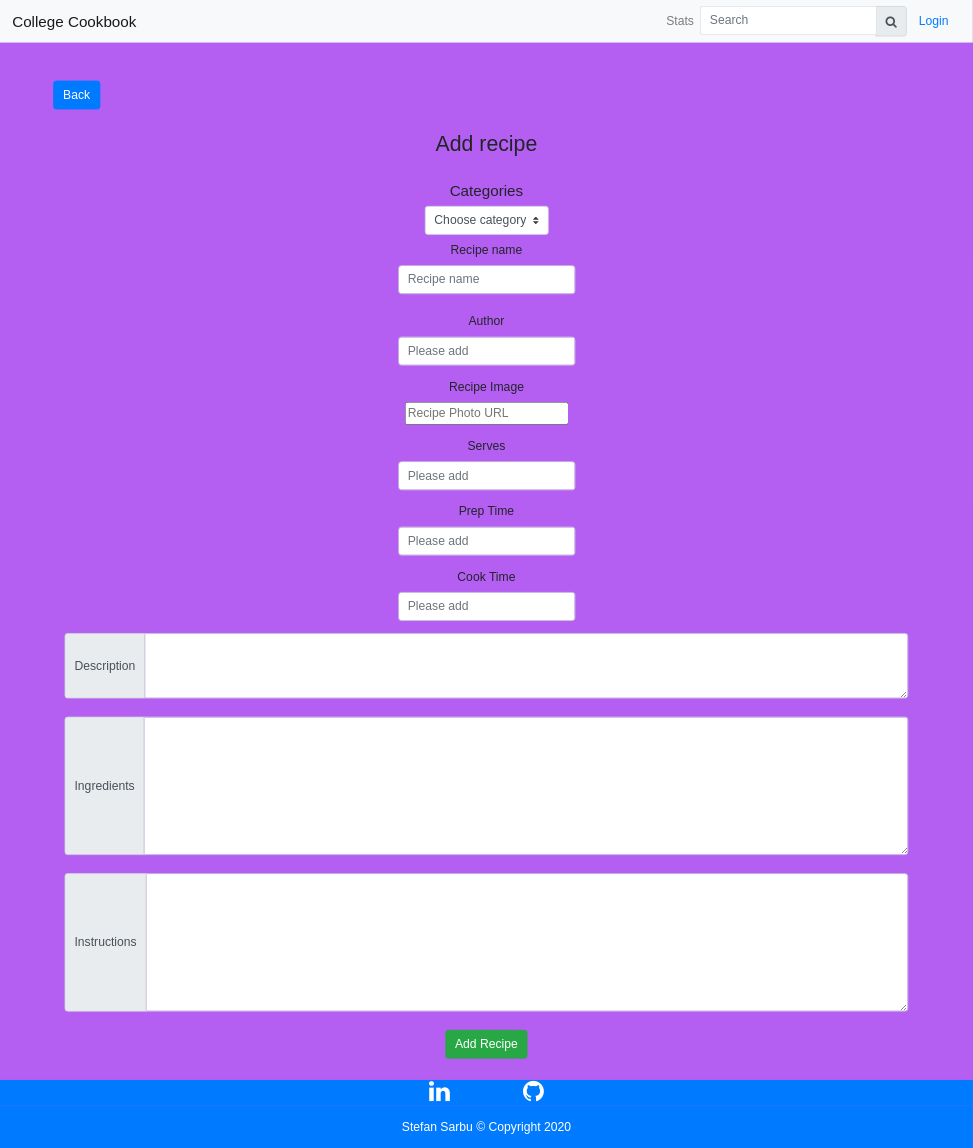
Repository: iiostefanos/college-cookbook
Page: templates/add_recipe.html
The author's editor kept a record of every edit. The page is drawn from the files as they stood at one moment, then again after the next edit.
The browser window is 1280 px wide. The pictures show the whole page, at 76% of full size.
The page is served by the project's application, run on Flask 3 (app.py). The template is opened directly, without the code that normally fills it, so the values that code supplies are empty.

Above is the page before.

### templates/add_recipe.html
{% extends 'base.html' %} {% block content %}

<div class="container h-100">
 <div class="row d-flex h-100">
    <div class="align-self-start mr-auto">
 <a class="btn btn-primary" href="{{url_for('get_recipes')}}">Back</a>
    </div>
  </div>
</div>

<main class="container">
    <h3 class="text-center">Add recipe</h3>

    <div class="row">
        <form action="{{ url_for('insert_recipe') }}" method="POST" class="col-md-12">

            <!--Category selection-->
            <div class="row justify-content-md-center">
                <div class="form-row text-center mt-4">
                    <div class="col-md-12">

                        <h5 class="text-center">Categories</h5>
                        <select id="category" name="category_name" class="custom-select">
                            <option value="" disable selected>Choose category</option>
                            {% for cat in categories %}
                            <option value="{{cat.category_name}}">{{cat.category_name}}</option>
                            {% endfor %}
                        </select>
                    </div>
                </div>
            </div>


            <!--Recipe name field-->
            <div class="container-fluid text-center">
                <div class="row justify-content-md-center mt-2">
                    <div class="form-group">
                        <label for="formGroupExampleInput">Recipe name</label>
                        <input type="text" class="form-control" id="recipe_name" name="recipe_name" placeholder="Recipe name">
                    </div>
                </div>
            </div>

             <!--Author field-->
            <div class="container-fluid text-center mx-auto">
                <div class="row justify-content-md-center mt-2">
                    <div class="form-group">
                        <label for="formGroupExampleInput2">Author</label>
                        <input type="text" class="form-control" id="Author" name="Author" placeholder="Please add">
                    </div>
                </div>
            </div>

            <!--Image field-->
            <div class="container-fluid text-center mx-auto">
                <div class="row justify-content-md-center">
                    <div class="form-group">
                        <label for="formGroupExampleInput">Recipe Image</label>
                        <div class="imgurl">
                            <input id="img_src" name="recipe_image" type="text" minlength="15" placeholder="Recipe Photo URL" pattern="https?://.+" autocomplete="off">
                        </div>
                    </div>
                </div>
            </div>

            <!-- Serves, Prep time and cook time fields-->
            <div class="container-fluid text-center mx-auto">
                <div class="row justify-content-md-center">
                    <div class="form-group">
                        <label for="formGroupExampleInput2">Serves</label>
                        <input type="text" class="form-control" id="Serves" name="Serves" placeholder="Please add">
                    </div>
                </div>
            </div>

            <div class="container-fluid text-center mx-auto">
                <div class="row justify-content-md-center">
                    <div class="form-group">
                        <label for="formGroupExampleInput2">Prep Time</label>
                        <input type="text" class="form-control" id="Prep_Time" name="Prep_Time" placeholder="Please add">
                    </div>
                </div>
            </div>

            <div class="container-fluid text-center mx-auto">
                <div class="row justify-content-md-center">
                    <div class="form-group">
                        <label for="formGroupExampleInput2">Cook Time</label>
                        <input type="text" class="form-control" id="Cook_Time" name="Cook_Time" placeholder="Please add">
                    </div>
                </div>
            </div>



            <!--Recipe description container-->
            <div class="container-fluid text-center mx-auto">
                <div class="row">
                    <div class="input-group">
                        <div class="input-group-prepend">
                            <span class="input-group-text">Description</span>
                        </div>
                        <textarea class="form-control" aria-label="Recipe description" name="recipe_description" rows="3" cols="30"></textarea>
                    </div>
                </div>
            </div>


            <!--Ingredients container-->
            <div class="container-fluid text-center mx-auto">
                <div class="row mt-4">
                    <div class="input-group">
                        <div class="input-group-prepend">
                            <span class="input-group-text">Ingredients</span>
                        </div>
                        <textarea class="form-control" aria-label="Ingredients" name="Ingredients" rows="7" cols="30"></textarea>
                    </div>
                </div>
            </div>



            <!--Instructions container-->
            <div class="container-fluid text-center mx-auto">
                <div class="row mt-4">
                    <div class="input-group">
                        <div class="input-group-prepend">
                            <span class="input-group-text">Instructions</span>
                        </div>
                        <textarea class="form-control" aria-label="Instructions" name="Instructions" rows="7" cols="30"></textarea>
                    </div>
                </div>
            </div>

            <br>
            <!--Submit button-->
            <div class="container-fluid text-center mx-auto">
                <div class="row justify-content-md-center mb-3">
                    <div class="col-md-6">
                        <button type="submit" class="btn btn-success">Add Recipe</button>
                    </div>
                </div>
            </div>
        </form>
        <br>


  </main>







        {% endblock %}

### templates/base.html
<!DOCTYPE html>
<html>
    <head>

        <!-- Bootstrap CSS -->
        <link rel="stylesheet" href="https://stackpath.bootstrapcdn.com/bootstrap/4.4.1/css/bootstrap.min.css" integrity="sha384-Vkoo8x4CGsO3+Hhxv8T/Q5PaXtkKtu6ug5TOeNV6gBiFeWPGFN9MuhOf23Q9Ifjh" crossorigin="anonymous">

        <!-- Custom CSS -->
        <link rel="stylesheet" href="{{url_for('static', filename='css/style.css')}}" type="text/css"/>
        <!-- Font awesome -->
        <link href="https://stackpath.bootstrapcdn.com/font-awesome/4.7.0/css/font-awesome.min.css" rel="stylesheet" integrity="sha384-wvfXpqpZZVQGK6TAh5PVlGOfQNHSoD2xbE+QkPxCAFlNEevoEH3Sl0sibVcOQVnN" crossorigin="anonymous">
        <link rel="shortcut icon" type="image/png" href="{{url_for('static', filename='img/favicon.png')}}" />
    </head>
    <body>

        <header>
            <nav class="navbar navbar-expand-lg navbar-light bg-light">
  <a class="navbar-brand" href="{{url_for('get_recipes')}}">College Cookbook</a>
  <button class="navbar-toggler" type="button" data-toggle="collapse" data-target="#navbarNavAltMarkup" aria-controls="navbarNavAltMarkup" aria-expanded="false" aria-label="Toggle navigation">
    <span class="navbar-toggler-icon"></span>
  </button>
  <div class="collapse navbar-collapse" id="navbarNavAltMarkup">
    <div class="navbar-nav ml-auto">

      <a class="nav-item nav-link" href="{{url_for('stats')}}">Stats</a>
      <div class="input-group">
      <input class="form-control py-2 border-right-0 border" type="search" placeholder="Search">
      <div class="input-group-append">
          <div class="input-group-text" id="btnGroupAddon2"><i class="fa fa-search"></i></div>
      </div>
  </div>
  </div>

      {% if user is defined %}
      {% block navbar %}

{% endblock %}

        <ul class="navbar-nav navbar-center">
               <a class="nav-link" href="{{ url_for('add_recipe') }}">Add a Recipe</a>
               <a class="nav-link" href="{{ url_for('logout') }}">Log Out</a>



        {% else %}

      <a class="nav-item nav-link" data-toggle="modal" data-target="#login" href="{{url_for('get_recipes')}}">Login</a>
      {% endif %}
      </ul>
    </div>
  </div>
</nav>

<br>
</header>



        {% block content %}
        {% endblock %}





<!-- Login Modal -->
<div class="modal fade" id="login" tabindex="-1" role="dialog" aria-labelledby="ModalLabel" aria-hidden="true">
  <div class="modal-dialog" role="document">
    <div class="modal-content">
      <div class="modal-header">
        <h5 class="modal-title" id="ModalLabel">Login to your account</h5>
        <button type="button" class="close" data-dismiss="modal" aria-label="Close">
          <span aria-hidden="true">&times;</span>
        </button>
      </div>
      <div class="modal-body">
        <form role="form" method=POST action="{{ url_for('login') }}">
                      <div class="form-group">
                        <label for="user"><i class="fa fa-user" aria-hidden="true"></i>
Username</label>
                          <input type="user" class="form-control" placeholder="Username" name="username" required value="{{
          request.form.username }}">
                      </div>
                      <div class="form-group">
                        <label for="password"><i class="fa fa-pencil-square-o" aria-hidden="true"></i>
Password</label>
                          <input type="password" class="form-control" placeholder="Password" name="password" required>
                      </div>

                  <br>
            <div>
                Don't have an account? <a data-toggle="modal" data-target="#register" data-dismiss="modal" href=''>Sign up here</a>
            </div>
      </div>
      <div class="modal-footer">
        <button type="button" class="btn btn-secondary" data-dismiss="modal">Close</button>
        <button type="submit" class="btn btn-primary"><i class="fa fa-sign-in" aria-hidden="true"></i>
Login </button>
      </form>
      </div>
    </div>
  </div>
</div>

          <!-- Signup Modal -->
<div class="modal fade" id="register" tabindex="-1" role="dialog" aria-labelledby="ModalLabel" aria-hidden="true">
  <div class="modal-dialog" role="document">
    <div class="modal-content">
      <div class="modal-header">
        <h5 class="modal-title" id="ModalLabel">Signup</h5>
        <button type="button" class="close" data-dismiss="modal" aria-label="Close">
          <span aria-hidden="true">&times;</span>
        </button>
      </div>
      <div class="modal-body">
         <form role="form" method=POST action="{{ url_for('register') }}">
                      <div class="form-group">
                        <label for="user"><i class="fa fa-user" aria-hidden="true"></i>
Username</label>
                          <input type="user" class="form-control" placeholder="Username" name="username" required>
                      </div>
                      <div class="form-group">
                        <label for="password"><i class="fa fa-pencil-square-o" aria-hidden="true"></i>
 Password</label>
                          <input type="password" class="form-control" placeholder="Password" name="password" required>
                      </div>
                      <div class="form-group">
                        <label for="password"><i class="fa fa-pencil-square-o" aria-hidden="true"></i>
Re-type Password</label>
                          <input type="password" class="form-control" placeholder="Re-type Password" name="password1" required>
                      </div>

      </div>
      <div class="modal-footer">
        <button type="button" class="btn btn-secondary" data-dismiss="modal">Close</button>
        <button type="submit" class="btn btn-primary"><i class="fa fa-user-plus" aria-hidden="true"></i>

Signup </button>
       </form>
      </div>
    </div>
  </div>
</div>


<!-- Footer -->
<footer >
<div class="container-fluid">
        <div class="row bg-primary mt-2">
          <div class="col-md-12">
            <div class="d-flex justify-content-center align-items-center">

              <!--Linkedin -->
          <a target="_blank" href="https://www.linkedin.com/">
            <span class="p-5 text-white"><i class="fa fa-linkedin fa-2x" aria-hidden="true"></i></a>
          </span>


          <!--Github-->
          <a target="_blank" href="https://www.github.com/">
            <span class="p-5 text-white"><i class="fa fa-github fa-2x"> </i>
          </a>
          </span>
            </div>
          </div>
        </div>
      </div>


    <div class="container-fluid">
        <div class="row bg-primary">
          <div class="col-md-12">
            <div class="d-flex justify-content-center align-items-center">

              <span class="p-3 text-white"
                >Stefan Sarbu &copy; Copyright 2020</span
              >
            </div>
          </div>
        </div>
      </div>
</footer>
<!-- Footer -->



        <script src="https://code.jquery.com/jquery-3.4.1.slim.min.js" integrity="sha384-J6qa4849blE2+poT4WnyKhv5vZF5SrPo0iEjwBvKU7imGFAV0wwj1yYfoRSJoZ+n" crossorigin="anonymous"></script>
        <script src="https://cdn.jsdelivr.net/npm/popper.js@1.16.0/dist/umd/popper.min.js" integrity="sha384-Q6E9RHvbIyZFJoft+2mJbHaEWldlvI9IOYy5n3zV9zzTtmI3UksdQRVvoxMfooAo" crossorigin="anonymous"></script>
        <script src="https://stackpath.bootstrapcdn.com/bootstrap/4.4.1/js/bootstrap.min.js" integrity="sha384-wfSDF2E50Y2D1uUdj0O3uMBJnjuUD4Ih7YwaYd1iqfktj0Uod8GCExl3Og8ifwB6" crossorigin="anonymous"></script>
        <script src="../static/js/script.js"type="text/javascript"></script>







    </body>
</html>

### app.py
import os
from flask import Flask, render_template, redirect, request, url_for, session, flash
from flask_pymongo import PyMongo
from werkzeug.security import generate_password_hash, check_password_hash
from bson.objectid import ObjectId
from os import path

if path.exists("env.py"):
    import env

app = Flask(__name__)

app.config["MONGO_DBNAME"] = 'college_cookbook'
app.config["MONGO_URI"] = os.environ["MONGO_URI"]
app.config['SECRET_KEY'] = os.urandom(24)
mongo = PyMongo(app)

# Collections

users_collection = mongo.db.users
recipes_collection = mongo.db.recipes

# Login
@app.route('/login', methods=['GET', 'POST'])
def login():
	form = request.form.to_dict()
	user_in_db = users_collection.find_one({'username': form['username']})
	# Check for user in database
	if user_in_db:
		# If passwords match (hashed / real password)
		if check_password_hash(user_in_db['password'], form['password']):
			# Log user in (add to session)
			session['user'] = form['username']
			# If the user is admin redirect him to admin area
			if session['user'] == "user":
				return redirect(url_for('get_recipes'))
			else:
				flash("Logged in successful!")
				return redirect(url_for('get_recipes', user=user_in_db['username']))

		else:
			flash("Wrong password or username!")
			flash("Try login again")
			return redirect(url_for('get_recipes'))
	else:
		flash("You need to signup !")
		return redirect(url_for('get_recipes'))



# Sign up
@app.route('/register', methods=['GET', 'POST'])
def register():
	# Check if user is not logged in already
	if 'user' in session:
		flash('Already sign in!')
		return redirect(url_for('get_recipes'))
	if request.method == 'POST':
		form = request.form.to_dict()
		# Check if the password and password1 actually match
		if form['password'] == form['password1']:
			# If so try to find the user in db
			user = users_collection.find_one({"username" : form['username']})
			print(form)
			if user:
				flash(f"{form['username']} already exists!")
				return redirect(url_for('get_recipes'))
			# If user does not exist register new user
			else:
				# Hash password
				hash_pass = generate_password_hash(form['password'])
				#Create new user with hashed password
				users_collection.insert_one(
					{
						'username': form['username'],
						'password': hash_pass
					}
				)
				# Check if user is actually saved
				user_in_db = users_collection.find_one({"username": form['username']})
				if user_in_db:
					# Log user in (add to session)
					session['user'] = user_in_db['username']
					return redirect(url_for('get_recipes', user=user_in_db['username']))
				else:
					flash("There was a problem saving your profile")
					return redirect(url_for('get_recipes'))

		else:
			flash("Passwords don't match!")
			return redirect(url_for('get_recipes'))

	return render_template("recipes")

# Log out
@app.route('/logout')
def logout():
	# Clear the session
	session.clear()
	flash('You were logged out!')
	return redirect(url_for('get_recipes'))

@app.route('/')
@app.route('/get_recipes')
def get_recipes():
    if 'user' in session:
      return render_template("recipes.html", recipes=mongo.db.recipes.find(), user = session['user'])
    else:
      return render_template("recipes.html", recipes=mongo.db.recipes.find())



@app.route('/stats')
def stats():
    return render_template("stats.html",
    recipes=mongo.db.recipes.find())


@app.route('/add_recipe')
def add_recipe():
    if 'user' in session:
        categories=mongo.db.categories.find()
        flash('Recipe added')
        return render_template('add_recipe.html', categories = categories)
    else:
        return render_template("recipes.html", recipes=mongo.db.recipes.find())

@app.route ('/insert_recipe', methods=['POST'])
def insert_recipe():
    recipes=mongo.db.recipes
    recipes.insert_one(request.form.to_dict())
    return redirect(url_for('get_recipes'))

@app.route('/edit_recipe/<recipe_id>', methods=['POST'])
def edit_recipe(recipe_id):
    if 'user' in session:
        the_recipe = mongo.db.recipes.find_one({"_id": ObjectId(recipe_id)})
        all_categories = mongo.db.categories.find()
        return render_template('edit_recipe.html', recipe=the_recipe, categories=all_categories)
    else:
        return render_template("recipes.html", recipes=mongo.db.recipes.find())

@app.route('/update_recipe/<recipe_id>', methods=['POST'])
def update_recipe(recipe_id):
    recipes=mongo.db.recipes
    recipes.update_one({'_id': ObjectId(recipe_id)},
    { "$set":
       {
        "category_name":request.form.get('category_name'),
        "recipe_name":request.form.get('recipe_name'),
        "recipe_image":request.form.get('recipe_image'),
        "Serves":request.form.get('Serves'),
        "Prep_Time":request.form.get('Prep_Time'),
        "Cook_Time":request.form.get('Cook_Time'),
        "recipe_description":request.form.get('recipe_description'),
        "Author":request.form.get('Author'),
        "Ingredients":request.form.get('Ingredients'),
        "Instructions":request.form.get('Instructions')
        }
     }
    )
    return redirect(url_for('get_recipes'))



@app.route('/delete_recipe/<recipe_id>', methods=['POST'])
def delete_recipe(recipe_id):
    if 'user' in session:
        mongo.db.recipes.remove({'_id': ObjectId(recipe_id)})
        flash('Recipe deleted')
    return redirect(url_for('get_recipes'))

@app.route('/how_to/<recipe_id>')
def how_to(recipe_id):

        the_recipe = mongo.db.recipes.find_one({"_id": ObjectId(recipe_id)})
        all_categories = mongo.db.categories.find()
        return render_template('how_to.html', recipe=the_recipe, categories=all_categories)


if __name__ == '__main__':
    app.run(host=os.environ.get('IP'),
            port=int(os.environ.get('PORT')),
            debug=True)

### static/css/style.css
body {
    background-color: #b45ef2;
    background-repeat: repeat-x;
    font-family: Arial, Helvetica, sans-serif;

    }

.btn-small
{
    height: 24px;
    width: 60px;
    line-height: 24px;
    margin: 5px 5px;
    padding: 0 0.5em;
}

.recipe-header {
    margin-top: 5px;
}

.signup {
  text-align:center;
  margin-top: 4px;
}

.videoframe {
  width:560px;
  height:315px;
  padding-right: 34px;
}

.card {
  padding-right: 3px;
  margin: 0 5px;
}

.card-img-top {
height: 300px;
width: 350px;
}

.invite{
  padding-top: 24px;
}

.charts img {


    width:  400px;
    height: 300px;
    background-size: cover;
}


.container {
  margin-top: 2%;
  padding-bottom: 4px;
}
.inner {
  overflow: hidden;
}

.inner img{
  transition: all 1.5s ease;
}

.inner:hover img {
  transform: scale(1.5);
}

.navbar-nav.navbar-center {
    position: absolute;
    left: 50%;
    transform: translatex(-50%);
}

.user-greeting {
  margin-top: 94px;
}

### static/js/script.js


window.setTimeout(function() {
    $(".alert").fadeTo(500, 0).slideUp(500, function(){
        $(this).remove();
    });
}, 2000);

After the next edit:
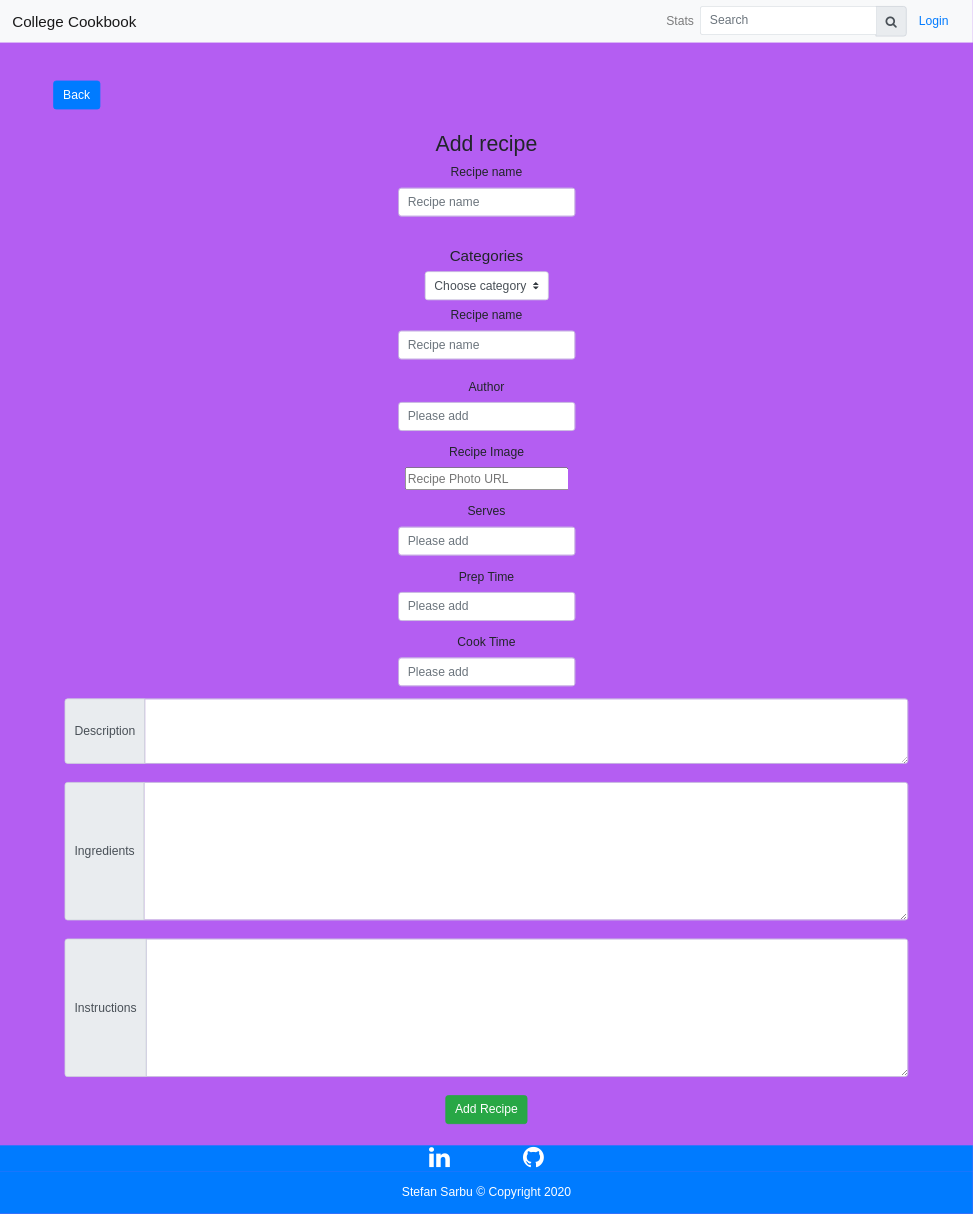
The edit:
--- a/templates/add_recipe.html
+++ b/templates/add_recipe.html
@@ -10,6 +10,16 @@
 
 <main class="container">
     <h3 class="text-center">Add recipe</h3>
+
+    <!--Recipe name field-->
+            <div class="container-fluid text-center">
+                <div class="row justify-content-md-center mt-2">
+                    <div class="form-group">
+                        <label for="formGroupExampleInput">Recipe name</label>
+                        <input type="text" class="form-control" id="recipe_name" name="recipe_name" placeholder="Recipe name">
+                    </div>
+                </div>
+            </div>
 
     <div class="row">
         <form action="{{ url_for('insert_recipe') }}" method="POST" class="col-md-12">
